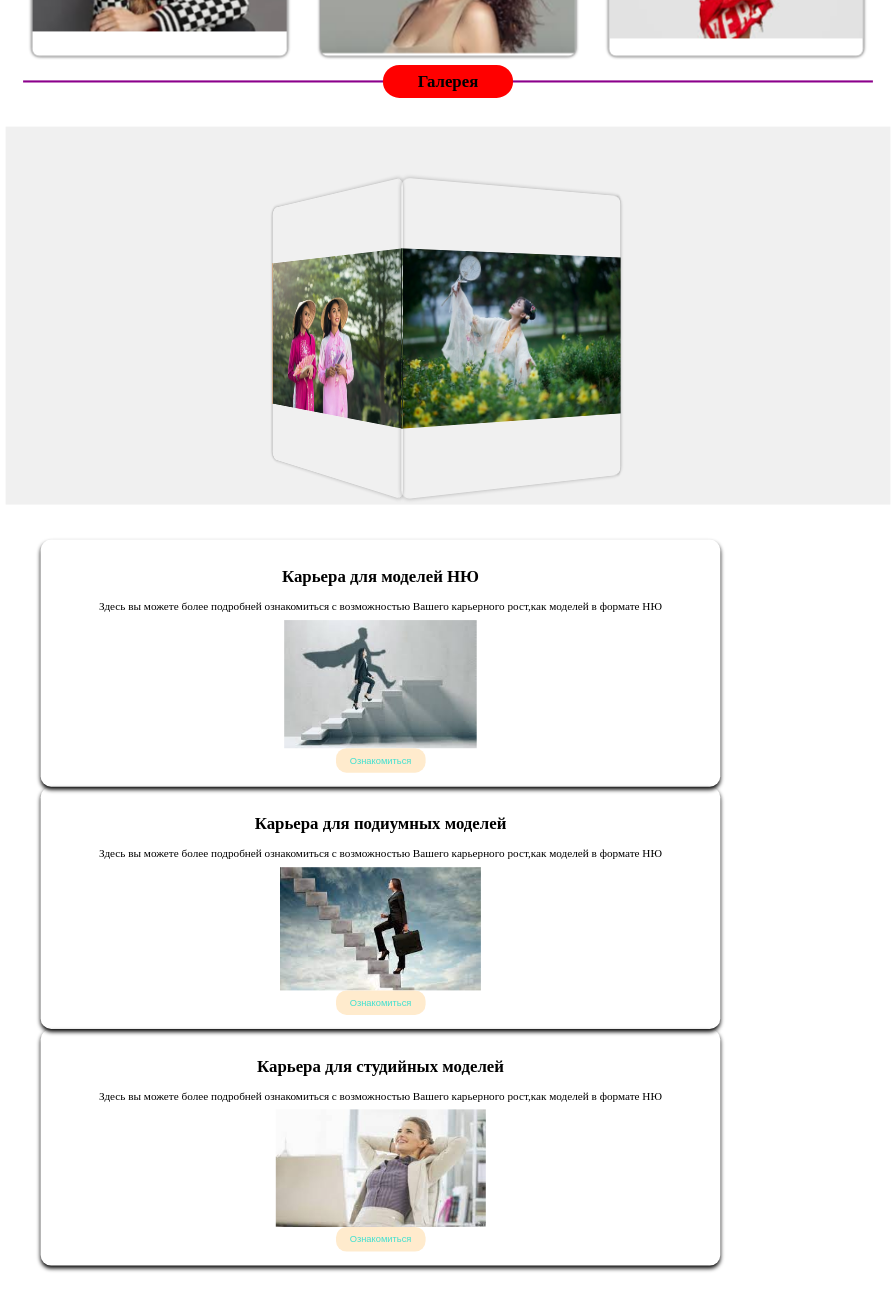
Repository: qtqqrdy13/model-studio
Page: index.html
These files come from the project's save history. The page is drawn as it stood at one moment and after the next save; the edit follows.
The browser window is 1280 px wide. The pictures show the part of the page from y = 1797 to 3717 px (the page is 3663 px tall before and 3717 px after), at 70% of full size.
A picture or video elsewhere on the page could not be fetched, so the positions and the page height are approximate.

Above is the page before, as saved 2023-09-01 13:39:24.

### index.html
<!DOCTYPE html>
<html lang="RU">

<head>
    <meta charset="UTF-8">
    <meta name="viewport" content="width=device-width, initial-scale=1.0">
    <title>model studio</title>
    <link rel="stylesheet" type="text/css" href="style.css">
</head>

<body>
    <header class="header">
        <div class="conteiner">
            <div class="header_inner">
                <div class="header_logo">
                    MS15
                </div>
                <nav class="nav">
                    <a class="nav_link" href="#">Про нас</a>
                    <a class="nav_link" href="#">Для моделей</a>
                    <a class="nav_link" href="#">Галерея</a>
                    <a class="nav_link" href="#">Карьера</a>
                    <a class="nav_link" href="#">Услуги</a>
                    <a class="nav_link" href="#">Контакты</a>
                </nav>
            </div>
        </div>
    </header>

    <div class="intro">
        <div class="intro__inner">
            <h2 class="intro_suptitle">
                Добро пожаловать!
            </h2>
            <h1 class="intro_title">
                На наш сайт
            </h1>
            <a class="button">
                Читать далее
            </a>
        </div>
        <img src="../java/img/ответственная-стильная-девушка-отдающая-приветствие-слушая-порядок-217387674.webp" alt="">

    </div>
    <div id="about_us">
        <div class="announcement">
            <h2 class="title">
                Про нас
            </h2>
        </div>
    </div>
    <div class="welcome_conteiner">
        <div class="text_content">
            <h1>
                МЫ СУПЕР НОВАЯ КРУТАЯ МОДЕЛЬНАЯ СТУДИЯ
            </h1>
            <p>
                Lorem ipsum dolor sit amet consectetur adipiscing elit mollis interdum, ac parturient magnis ultricies
                congue gravida nulla vivamus sem, purus maecenas id vestibulum odio aptent facilisis ante. Finibus mi
                enim porta tristique ipsum conubia viverra bibendum praesent, rhoncus pellentesque senectus vestibulum
                odio ornare curabitur feugiat nec dictum, montes nascetur fringilla netus efficitur himenaeos elementum
                facilisis. Amet purus commodo vel nullam vulputate non mi sagittis ac, malesuada vehicula varius
                phasellus tristique tempor ullamcorper facilisis, sem quisque morbi consequat curae imperdiet eros
                libero.
            </p>
            <a class="clicker" href="#">
                Читать дальше
            </a>
        </div>
        <div class="image_content">
            <img src="../ргн.png">
        </div>
    </div>
    <div id="for_models">
        <div class="announcement">
            <h2 class="title">
                Для моделей
            </h2>
        </div>
    </div>
    <div class="wrapper">
        <div class="block">
            <img src="../java/img/Без названия (1).jpg">
            <div class="information">
                <h1>
                    Хочу Вас познакомить с шикарными девушками которые готовы работать в формате nu.
                </h1>
                <p>
                    Тыкайте сюда.
                </p>
                <a href="#" class="btn">
                    Далее
                </a>
            </div>
        </div>
        <div class="block">
            <img src="../java/img/Без названия (2).jpg">
            <div class="information">
                <h1>
                    Хочу Вас познакомить с шикарными девушками которые готовы работать в формате nu.
                </h1>
                <p>
                    Тыкайте сюда.
                </p>
                <a href="#" class="btn">
                    Далее
                </a>
            </div>
        </div>
        <div class="block">
            <img src="../java/img/Без названия (3).jpg">
            <div class="information">
                <h1>
                    Хочу Вас познакомить с шикарными девушками которые готовы работать в формате nu.
                </h1>
                <p>
                    Тыкайте сюда.
                </p>
                <a href="#" class="btn">
                    Далее
                </a>
            </div>
        </div>
        <div class="block">
            <img src="../java/img/images.jpg">
            <div class="information">
                <h1>
                    Хочу Вас познакомить с шикарными девушками которые готовы работать в формате nu.
                </h1>
                <p>
                    Тыкайте сюда.
                </p>
                <a href="#" class="btn">
                    Далее
                </a>
            </div>
        </div>
        <div class="block">
            <img src="../java/img/images (1).jpg">
            <div class="information">
                <h1>
                    Хочу Вас познакомить с шикарными девушками которые готовы работать в формате nu.
                </h1>
                <p>
                    Тыкайте сюда.
                </p>
                <a href="#" class="btn">
                    Далее
                </a>
            </div>
        </div>
        <div class="block">
            <img src="../java/img/images (2).jpg">
            <div class="information">
                <h1>
                    Хочу Вас познакомить с шикарными девушками которые готовы работать в формате nu.
                </h1>
                <p>
                    Тыкайте сюда.
                </p>
                <a href="#" class="btn">
                    Далее
                </a>
            </div>
        </div>
    </div>
    <div id="gallery">
        <div class="announcement">
            <h2 class="title">
                Галерея
            </h2>
        </div>
    </div>
    <div class="carusel-conteiner">
        <div class="carusel">
            <div class="slide">
                <img src="../java/img/q.webp">
            </div>
            <div class="slide">
                <img src="../java/img/w.jpg">
            </div>
            <div class="slide">
                <img src="../java/img/e.jpg">
            </div>
            <div class="slide">
                <img src="../java/img/r.jpg">
            </div>
            <div class="slide">
                <img src="../java/img/t.jpg">
            </div>
        </div>
    </div>
    </div>
    <div class="suction">
        <div class="category">
            <h2>
                Карьера для моделей НЮ
            </h2>
            <p>
                Здесь вы можете более подробней ознакомиться с возможностью Вашего карьерного рост,как моделей в формате
                НЮ
            </p>
            <img src="../java/img/kariera2.jpg" alt="image1">
            <button class="baton">
                Ознакомиться
            </button>
        </div>
        <div class="category">
            <h2>
                Карьера для подиумных моделей
            </h2>
            <p>
                Здесь вы можете более подробней ознакомиться с возможностью Вашего карьерного рост,как моделей в формате
                НЮ
            </p>
            <img src="../java/img/kariera.jpg" alt="image2">
            <button class="baton">
                Ознакомиться
            </button>
        </div>
        <div class="category">
            <h2>
                Карьера для студийных моделей
            </h2>
            <p>
                Здесь вы можете более подробней ознакомиться с возможностью Вашего карьерного рост,как моделей в формате
                НЮ
            </p>
            <img src="../java/img/kariera3.jpg" alt="image3">
            <button class="baton">
                Ознакомиться
            </button>
        </div>
    </div>
</body>

</html>

### style.css
.header {
    background-color: burlywood;
    color: black;
    padding: 5px;
}

.conteiner {
    max-width: 1200px;
    margin: 0 auto;
}

.header_inner {
    display: flex;
    justify-content: space-between;
    align-items: center;
}

.header_logo {
    font-size: 24px;
    font-weight: bold;
}

.nav {
    display: flex;
}

.nav_link {
    margin-left: 30px;
    text-decoration: none;
    color: black;
    transition: color 0.3s ease;
    align-items: flex-end;
    justify-content: space-between;
}

.nav_link:hover {
    color: crimson;
    font-size: 20px;

}

.nav_link::before {
    position: absolute;
    width: 100%;
    background-color: deeppink;
    transform: scaleX(0);
    transition: transform 0.3s ease;

}

.nav.link:hover::before {
    transform: scaleX(1);
}

.announcement {
    height: 3px;
    background-color: darkmagenta;
    display: flex;
    justify-content: center;
    align-items: center;
    margin: 2% 2%;
}

.title {
    animation-name: fade-in;
    animation-duration: 0.3s;
    text-align: center;
    text-decoration: none;
    color: black;
    background-color: red;
    border-radius: 30px;
    padding: 10px 50px;
}

.title:hover {
    background-color: cadetblue;
    color: coral;
    font-size: 24px;
}

@keyframes fade-in {
    from {
        opacity: 0;
    }

    to {
        opacity: 1;
    }
}

.intro {
    position: relative;
    width: 100%;
    height: auto;
    display: flex;
    align-items: center;
    justify-content: center;
    overflow: hidden;



}

.intro img {
    width: 100%;
    height: auto;
    top: 0;
    left: 0;
    animation: fade-in 1s ease-in-out;
    z-index: -1;
    position: relative;
    display: inline-block;

}

.intro__inner {
    text-align: center;
    z-index: 1;
    position: absolute;
    top: 50%;
    left: 50%;
    transform: translate(-50% -50%);



}

.intro_suptitle {
    font-size: 24px;
    color: aqua;
    margin-bottom: 20px;

}

.intro_title {
    font-size: 18px;
    color: blanchedalmond;
    margin-bottom: 20px;
}

.button {
    display: inline-block;
    padding: 10px 18px;
    background-color: azure;
    color: fuchsia;
    font-size: 16px;
    text-decoration: none;
    border-radius: 5px;
}

.button:hover {
    background-color: antiquewhite;
    color: beige;
    font-size: 24px;
}

@keyframes fade-in {
    from {
        opacity: 0;
    }

    to {
        opacity: 1;
    }

}

.wrapper {
    display: flex;
    flex-wrap: wrap;
    justify-content: space-evenly;
    margin-top: 5%;

}

.block {
    width: calc(30.33% - 20px);
    margin: 10px;
    position: relative;
    overflow: hidden;
    border-radius: 10px;
    box-shadow: 0 0 5px black;



}

.block:hover {
    box-shadow: 0 0 10px black;
    transform: scale(0.9);
}

.block:hover img {
    transform: scale(1.1);
}

.block img {
    width: 100%;
    height: auto;
    object-fit: cover;

}

.information {
    position: absolute;
    bottom: 0;
    left: 0;
    width: 100%;
    padding: 15px;
    background-color: grey;
    color: red;
    opacity: 0;
    transition: opacity 0.3s ease-in-out;
}

.information h1,
p {
    margin: 0;
    padding: 0;
}

.block:hover .information {
    opacity: 1;
}

.btn {
    display: inline-block;
    padding: 10px 20px;
    background-color: brown;
    color: navy;
    text-decoration: none;
    border-radius: 15px;
    margin-top: 5px;
}

.btn:hover {
    background-color: green;
    color: pink;

}

.carusel-conteiner {
    perspective: 1000px;
    display: flex;
    justify-content: center;
    align-items: center;
    height: 75vh;
    background-color: #f0f0f0;
    margin-top: 5%;
}

.carusel {
    width: 300px;
    height: 300px;
    position: relative;
    margin: auto;
    transform-style: preserve-3d;
    animation: rotate 15s infinite linear;
    transform: translateZ(-200px);
}

.slide {
    width: 293px;
    height: 350px;
    position: absolute;
    display: flex;
    justify-content: center;
    align-items: center;
    background-color: #f0f0f0;
    box-shadow: 0px 0px 5px rgba(0, 0, 0, 0.3);
    transform-origin: center center;
    border-radius: 10px;
}

.slide img {
    max-width: 100%;
    max-height: 100%;

}

.slide:nth-child(1) {
    transform: rotateY(0deg) translateZ(200px);
}

.slide:nth-child(2) {
    transform: rotateY(72deg) translateZ(200px);
}

.slide:nth-child(3) {
    transform: rotateY(144deg) translateZ(200px);
}

.slide:nth-child(4) {
    transform: rotateY(216deg) translateZ(200px);
}

.slide:nth-child(5) {
    transform: rotateY(288deg) translateZ(200px);
}

@keyframes rotate {

    0%,
    100% {
        transform: rotateY(0deg);
    }

    20% {
        transform: rotateY(-72deg);
    }

    40% {
        transform: rotateY(-144deg);
    }

    60% {
        transform: rotateY(-216deg);
    }

    80% {
        transform: rotateY(-288deg);
    }
}

.welcome_conteiner {
    display: flex;
    align-items: center;
    justify-content: space-between;
    max-width: 1200px;
    margin: 0 auto;
    padding: 50px;
    background-color: bisque;
    box-shadow: 0px 3px 10px black;
    font-family: 'Gill Sans', 'Gill Sans MT', Calibri, 'Trebuchet MS', sans-serif;
}

.text-content {
    flex: 1;
    padding: 20px;
}

.text-content h1 {
    font-size: 36px;
    margin-bottom: 10px;
}

.text-content p {
    font-size: 18px;
    color: darkblue;
    margin-bottom: 20px;
}

.clicker {
    display: inline-block;
    padding: 10px 20px;
    background-color: navy;
    border-radius: 5px;
    color: gold;
    text-decoration: none;
    transition: background-color 0.3s ease;
    margin-top: 20px;
}

.clicker:hover {
    background-color: gold;
    color: navy;
}

.image_content {
    max-width: 100%;
    height: auto;
    animation: floatAnimation 0.3s infinite;
}

@keyframes floatAnimation {

    0%,
    100% {
        transform: translateY(0);
    }

    50% {
        transform: translateY(-10px);
    }

}

@media (max-width:768px) {
    .welcome_conteiner {
        flex-direction: column;
        text-align: center;
    }

    .image_content {
        margin-top: 20px;
    }
}

.category {
    width: 80%;
    display:flex;
    justify-content:center;
    flex-direction: column;
    align-items: center;
    padding: 20px;
    margin: o auto 20px;
    border-radius: 15px;
    box-shadow: 0 4px 6px black;
    transition: transform 0.2s, box-shadow 0.2s;

}

.category:hover {
    transform: translateY(-5px);
    box-shadow: 0 6px 8px black;
}

.category img {
    max-width: 100%;
    height: auto;
    margin-top: 10px;
}

.baton {
    display: inline-block;
    background-color: blanchedalmond;
    color: turquoise;
    border-radius: 15px;
    padding: 10px 20px;
    border: none;
    cursor: pointer;
}

.baton:hover {
    background-color: turquoise;
    color: blanchedalmond;

}

.suction {
    text-align: center;
    padding: 50px;

}

After the next save:
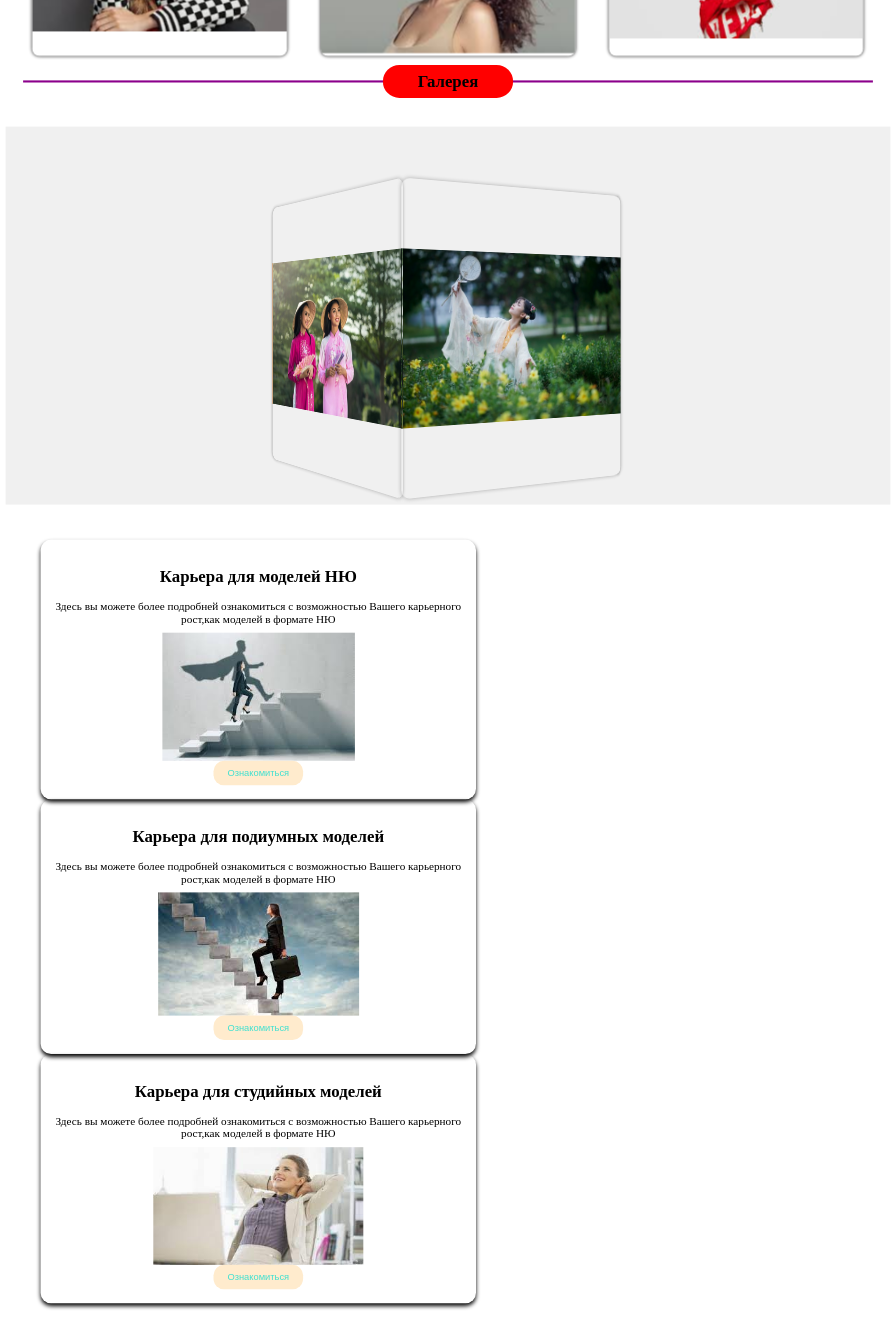
Saved 47 s later.
--- a/style.css
+++ b/style.css
@@ -397,7 +397,7 @@ p {
 }
 
 .category {
-    width: 80%;
+    width: 50%;
     display:flex;
     justify-content:center;
     flex-direction: column;
